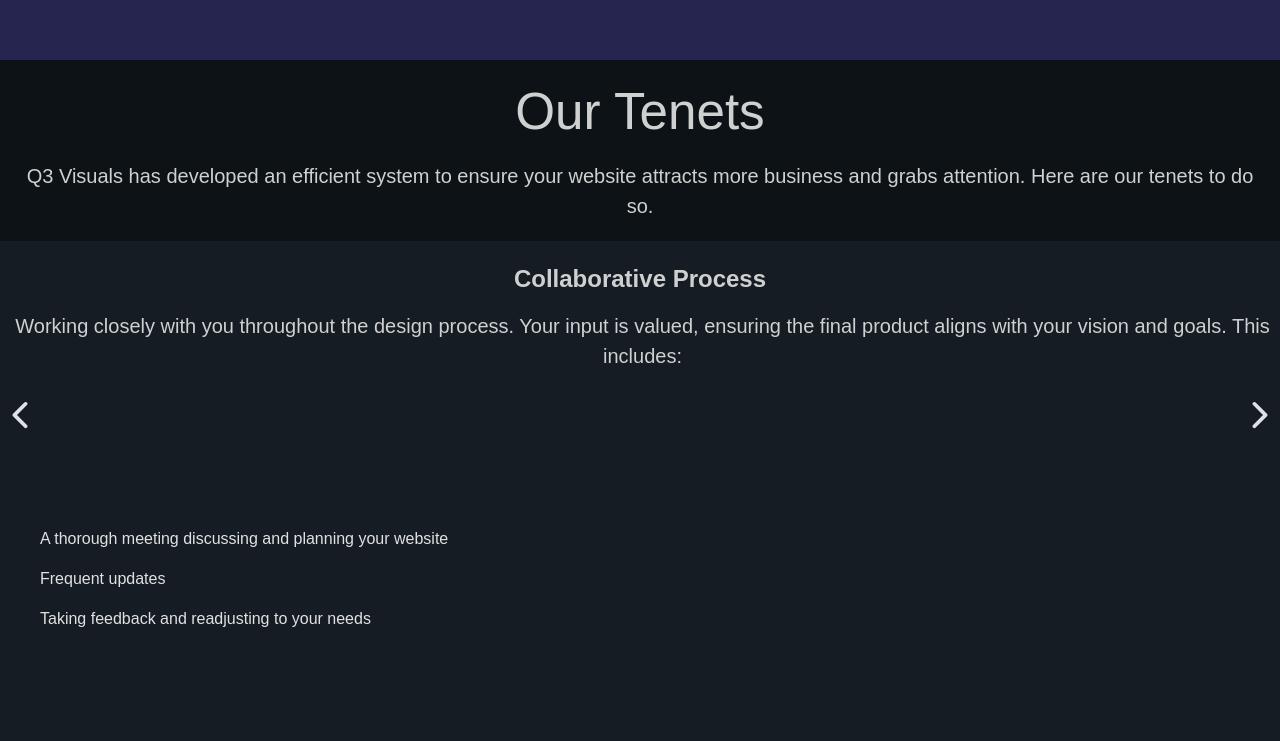
Repository: TMuse333/quantumDesigns
Page: /process
An editor plug-in stored every save of this project. The page is shown before and after the next save, followed by the edit.
The browser window is 1280 px wide. The pictures show the whole page.
The project was rebuilt for these pictures with package versions that can differ from the ones it lists, and the page was loaded fresh each time. Also part of the build but not shown: vite.config.js, src/styles/herobanner.css, src/components/Herobanner.jsx, src/components/intro.jsx, src/styles/tenets.css, src/components/tenets.jsx, src/styles/work.css, src/components/work.jsx and 6 more.

Above is the page before, as saved 2023-12-16 19:39:30.

### index.html
<!doctype html>
<html lang="en">
  <head>
    <meta charset="UTF-8" />
    <link rel="icon" type="image/svg+xml" href="/vite.svg" />
    <link rel="preconnect" href="https://fonts.googleapis.com">
<link rel="preconnect" href="https://fonts.gstatic.com" crossorigin>
<link href="https://fonts.googleapis.com/css2?family=Noto+Sans+Linear+A&display=swap" rel="stylesheet" integrity="your-integrity-value" crossorigin="anonymous">

<link rel="preconnect" href="https://fonts.googleapis.com">
<link rel="preconnect" href="https://fonts.gstatic.com" crossorigin>
<link href="https://fonts.googleapis.com/css2?family=Noto+Sans+Linear+A&family=Open+Sans:ital@1&display=swap" rel="stylesheet">
<link rel="stylesheet" href="https://fonts.googleapis.com/css2?family=Roboto:wght@400;700&display=swap">


    <meta name="viewport" content="width=device-width, initial-scale=1.0" />
    <title>Vite + React</title>
  </head>
  <body>
    <div id="root"></div>
    <script type="module" src="/src/main.jsx"></script>
  </body>
</html>

### src/main.jsx
import './index.css'
import * as React from 'react';
import { StrictMode } from 'react';
import { createRoot } from 'react-dom/client';
import { BrowserRouter } from 'react-router-dom';

import App from './App';

const rootElement = document.getElementById('root');
const root = createRoot(rootElement);

root.render(
  <StrictMode>
    <BrowserRouter>
      <App />
    </BrowserRouter>
  </StrictMode>
);

### src/index.css
:root {
  font-family: Inter, system-ui, Avenir, Helvetica, Arial, sans-serif;
  line-height: 1.5;
  font-weight: 400;

  color-scheme: light dark;
  color: rgba(255, 255, 255, 0.87);
  background-color: #242424;

  font-synthesis: none;
  text-rendering: optimizeLegibility;
  -webkit-font-smoothing: antialiased;
  -moz-osx-font-smoothing: grayscale;
}

html{
  overflow-x: hidden;
}

a {
  font-weight: 500;
  color: #646cff;
  text-decoration: inherit;
}
a:hover {
  color: #535bf2;
}

body {
  margin: 0;
  padding:0;
  display: flex;
  place-items: center;
  min-width: 100vw;
  min-height: 100vh;
  overflow-x: hidden;
}

h1 {
  font-size: 3.2em;
  line-height: 1.1;
}

button {
  border-radius: 8px;
  border: 1px solid transparent;
  padding: 0.6em 1.2em;
  font-size: 1em;
  font-weight: 500;
  font-family: inherit;
  background-color: #1a1a1a;
  cursor: pointer;
  transition: border-color 0.25s;
}
button:hover {
  border-color: #646cff;
}
button:focus,
button:focus-visible {
  outline: 4px auto -webkit-focus-ring-color;
}

### src/App.jsx
import { useState } from 'react'
import { Link } from 'react-router-dom'



import './App.css'
import Navbar from './components/navbar'
import Layout from './components/layout'
import Testimonials from "./components/testimonials";
import {
  BrowserRouter as Router,

  Route, Routes

} from "react-router-dom";
import Process from './components/process'

function App() {
  const [count, setCount] = useState(0)

  return (
    <>

    <Routes>

      <Route path='/'
      element={<Layout/>}
      />

      <Route path='process' element={<Process/>}>

      </Route>


    </Routes>




     </>
  )
}

export default App

### src/App.css
#root {
  max-width: 1280px;
  margin: 0 auto;

  text-align: center;
}

:root{
  /* --primary-color:rgb(5, 23, 111); */
  --tag-color:rgb(10, 9, 17);
  --primary-color:rgb(13, 18, 22);
}

.layout{
  width:100vw;
  margin-top: -5rem;
  position: absolute;
  left:0;
  top:120px;
  background-color: var( --primary-color);
  /* overflow-x: hidden; */

}

.before-title-text{
 font-weight: bold;
 margin-bottom: -0.5rem;
}

.bold-700{
  font-weight: 700;
}

.title-text{
  width:100vw;
  font-weight: 350;
  /* font-size: 35px; */
  margin-bottom: 0.1rem;

  margin-bottom: 1rem;
  font-family: 'spartan',sans-serif;
  color:#cfd0d0;

}

.description-text{
  padding: 0 15px 0 15px;
    font-family: 'Palatino Sans', 'Palatino Sans Informal', 'Palatino Sans Text', 'Palatino Sans W1G', 'Palatino Sans W01', sans-serif;
font-weight: 300;
font-size: 20px;
color:#cfd0d0

}

.button {
  display: inline-block;
  padding: 12px 24px;
  font-size: 16px;
  font-weight: bold;
  text-align: center;
  text-decoration: none;
  cursor: pointer;
  border: 2px solid #00bfff; /* Quantum blue color */
  color: #00bfff;
  background-color: transparent;
  border-radius: 8px;
  transition: background-color 0.3s ease, color 0.3s ease;
  width:max-content;
  margin-left: auto;
  margin-right: auto;
  margin-bottom: 3rem;
}

.button:hover {
  background-color: #00bfff; /* Quantum blue color on hover */
  color: #fff; /* White text on hover */
}

### src/components/navbar.jsx
import React, { useState,useEffect } from 'react';
// import { FaArrowLeft, FaArrowRight } from 'react-icons/fa';
import { Link } from 'react-router-dom';
import '../styles/navbar.css'
import q2 from '../images/q3-visuals-logo-2.svg'



const Navbar = () => {
  const [subMenuVisible, setSubMenuVisible] = useState(false);
  const [isMobile, setIsMobile] = useState(true)

  const toggleSubMenu = () => {
    console.log("clicked")
    setSubMenuVisible(!subMenuVisible);
  };

  const scrollToSection = (sectionId) => {

    const element = document.getElementById(sectionId);
    if (element) {

      element.scrollIntoView({
        behavior: 'smooth', // Smooth scrolling
        block: 'start',    // Scroll to the top of the element
      });
    }
  }

  useEffect(() => {
    // Function to update sub-menu visibility when the screen width changes
    const handleResize = () => {
      const screenWidth = window.innerWidth;
      setIsMobile(!(screenWidth >= 415)); // Set subMenuVisible to true if screen width is at least 415 pixels
    };

    // Add a resize event listener to update the sub-menu visibility
    window.addEventListener('resize', handleResize);

    // Initial call to set sub-menu visibility based on current screen width
    handleResize();

    // Clean up the event listener when the component unmounts
    return () => {
      window.removeEventListener('resize', handleResize);
    };
  }, []);

  const style = {

    height: subMenuVisible && isMobile? '170px' :!isMobile ? '0px' :'0px',
    overflow:  'hidden',
  // opacity: subMenuVisible || !isMobile ? 1 : 1,
    transition:'height 0.3s ease-in-out',
    backgroundColor: 'rgb(48, 46, 99)',
    marginLeft: 'auto',
    marginRight:'auto',
    borderRadius:'5px',
    textAlign:'left',
    paddingLeft:'10px',



  };

  return (

    <div className='navbar-container'>

    <div className='navbar-logo'>
        <p className='navbar-logo'
      >Q3 Visuals</p>
      </div>


      <div className='list-container'>
        <button onClick={toggleSubMenu}
        // className='nav-button'
        className='mini-logo'

        >

       <img src={q2} style={{
        width:'30px'
       }}/>
        </button>
        <ul
        style={style}
         className='nav-list'
         >



          <li onClick={()=>scrollToSection('about')}>About </li>



          <li onClick={()=>scrollToSection('campaign')}>portfolio</li>


          <li onClick={()=>scrollToSection('skills')}>services</li>



          <li onClick={()=>scrollToSection('contact')}> Contact</li>

        </ul>
      </div>
       </div>

  );
};

export default Navbar;

### src/components/process.jsx
import React from "react";
import { useState } from "react";
import '../styles/process.css'
import { tenets } from "./skillDesc";
import { IoIosArrowBack, IoIosArrowForward } from 'react-icons/io';
import { motion, AnimatePresence } from "framer-motion";
import Navbar from "./navbar";

const Process = () => {
    const [currentTenet, setCurrentTenet] = useState(0);

    const nextTenet = () => {
        setCurrentTenet((prevIndex) => (prevIndex + 1) % tenets.length);
    };

    const prevTenet = () => {
        setCurrentTenet((prevIndex) => (prevIndex - 1 + tenets.length) % tenets.length);
    };

    return (
        <div>

       <Navbar/>

        <div className="process-container">

            <h1 className="title-text">Our Tenets</h1>
            <p className="description-text">
                Q3 Visuals has developed an
                efficient system to ensure your website
                attracts more business and grabs attention.
                Here are our tenets to do so.
            </p>


            <div className="arrow-container">

                <div className="tenet">

                    <AnimatePresence>


                    <motion.h2 key={currentTenet}
                    initial={{ opacity: 0,x: -10 }}
                    animate={{ opacity: 1, x:0 }}
                     exit={{ opacity: 0 }}
                     className="title-text bold-700 tenet-title">{tenets[currentTenet].name}
                    </motion.h2>
                    </AnimatePresence>
                    <p className="description-text tenet-desc">{tenets[currentTenet].description}</p>
                    <ul className="points">
                {tenets[currentTenet].points.map((point, index) => (
                    <li key={index}>{point}</li>
                ))}
            </ul>
                </div>
                <IoIosArrowForward className="arrow arrow-right" onClick={nextTenet} />
                <IoIosArrowBack className="arrow arrow-left" onClick={prevTenet} />
            </div>
        </div>
        </div>
    );
};

export default Process;

### src/styles/navbar.css
/* Add this to your navbar.css file */

.navbar-container{


 position: fixed;
  width: 100vw;

  top: 0px;
  left:0px;
  background-color:rgb(38, 37, 79);
  height: 60px;
z-index: 10;



}

.list-container {
 color:white;
 transform: translateY(-2.5rem);
 width:min-content;
 margin-left: auto;




}

.list-container li{
  list-style-type: none;
  /* transform: translateX(-25%); */
  padding:10px;

  /* margin-top: -2rem; */

}

.mini-logo {
  display: flex;
  justify-content: center;
  align-items: center;
  margin-top: -1.5rem;
  height: 2rem;
  width: 2rem; /* Set the width and height to make it a perfect circle */
  padding: 0; /* Remove padding */
  border-radius: 50%; /* Make it circular */
  margin-left: auto;
  margin-right: auto;


}

.navbar-logo{
  color:white;
  text-align: left;
  margin-left: 1rem;
  font-family: 'Nunito', sans-serif;
  font-size: 25px;
  margin-top: 0.75rem;

}

.nav-button::before,
.nav-button::after {
  content: '';
  position: absolute;
  background-color: #d15959; /* Set the color of the lines */
  height: 2px; /* Set the height of the lines */
  width: 10%; /* Set the width of the lines */
}

.nav-button::before {
  top: 5%;
}

.nav-button::after {
  top: 8%;
}



@media screen and (min-width: 760px) and (min-height: 415px) {
  .nav-list {
    display: flex;
    width:100vw;
    justify-content: space-between;
    padding:0;
    margin-top: -3rem;

    /* background-color: ; */
  }

  .nav-button{
    display: none;
  }

  .navbar-logo{
    display: none;
  }
}

### src/styles/testimonial.css
.testimonial-container{
    width:100vw;
    background-color: var(--primary-color);
 padding-bottom: 4rem;
 margin-top: -2rem;
    position: relative;

    /* border: 2px solid white; */
}

.testimonial {
    background-color: black;
    padding-left: 1rem;
    text-align: left;
    padding-bottom: 40px;
    width:80vw;
   display: flex;
   flex-direction: column;
   margin-left: auto;
   margin-right: auto;

}

.quote{

    font-weight: bold;
    font-size: 30px;
}

.effect{
    font-weight: 500;
    font-family: 'spartan',sans-serif;
    font-size: 20px;
}

.author {
    margin-top: 0rem;
    font-weight: bold;
    font-size:20px;
}

.title{
    margin-top: -1rem;
    font-size:20px;
}

.arrow-container{
    display: flex;
}

.arrow{
    position: absolute;
    top:50%;
    font-size: 40px;
}

.arrow-right{
    right:0;
}

.deliver{
    font-size: 30px;
}

### src/components/skillDesc.js
export const tenets = [
    {
        name: "Collaborative Process",
        description: "Working closely with you throughout the design process. Your input is valued, ensuring the final product aligns with your vision and goals."+
        " This includes:",
        points:[
            'A thorough meeting discussing and planning your website',
            'Frequent updates',
            'Taking feedback and readjusting to your needs'
        ]
    },
    {
        name: "Appealing Design",
        description: "Crafting visually captivating and one-of-a-kind designs that reflect the uniqueness of your brand. We prioritize creativity to make your website stand out.",
        points:[
            'Animations to enhance user experience while maintaining simplicity',
            'Emphasizing key words with bold font styles',
            'Infusing dynamic visuals and persuasive typography for get more business.'
        ]
    },

    {
        name: "Primal Human Instincts",
        description: "Q3 Visuals implements techniques based on fundamental aspects of human psychology "+
        'to give your website the highest probability of succeeding. This includes, but certainly not limited to:',
        points:[
            'Visual appeal: Humans are visually oriented beings',
            'Using persuasive typography to create a sense of urgency',
            'Using testimonials as social proof, as humans are drawn to be in groups',

        ]
    },
    {
        name: "3D Models",
        description: "Incorporating dynamic 3D models to enhance the visual appeal of your website. This adds a layer of interactivity and engages visitors in a unique and immersive experience.",
        points:[
            'A thorough meeting discussing and planning your website',
            'Frequent updates',
            'Taking feedback and readjusting to your needs'
        ]
    },

];


export const testimonials = [
    {
        quote: 'He exceeded our expectations!',
        effect: 'Quantum Designs transformed our vision into a stunning website. They are responsive, creative, and delivered beyond our expectations.',
        author: 'Jane Doe',
        title: 'Satisfied Client'
    },
    {
        quote: 'Innovative and highly skilled team!',
        effect: 'Working with Quantum Designs was a game-changer for our online presence. Their innovative approach and technical expertise are commendable.',
        author: 'John Smith',
        title: 'Tech Enthusiast'
    },
    {
        quote: 'Reliable and professional service!',
        effect: 'Quantum Designs provided a reliable and professional service. They were attentive to our needs and delivered a website that truly represents our brand.',
        author: 'Emily Johnson',
        title: 'Business Owner'
    },
];

### src/styles/process.css
.process-container{
    width:100vw;
    background-color: var(--primary-color);
    position:absolute;
    top:50px;
    left:0;

}

.points{
    position: relative;
      top:calc(50% + 20px)
}

.points li {
    list-style: none;
    margin-top: 1rem;
    text-align: left;
 font-family: 'spartan',sans-serif;
}

.tenet-title{
      position: absolute;
      top:0px;

}

.tenet-desc{
    position: absolute;
    top:50px;
    font-size: 1.25rem;
    padding-left:15px;
    padding-right: 10px;
}

.tenet{
   background-color: rgb(21, 28, 35);
   position: relative;
   height:500px;
   width:100vw
}

### src/styles/intro.css
.intro-container{
    width:100vw;
    display: flex;
    flex-direction: column;
    background-color: var(--primary-color);


}

.intro {
    width:100vw;
    font-weight: 350;
    font-size: 35px;
    margin-bottom: 0.1rem;
    margin-top: 1rem;

}

.bold-700{
    font-weight: 700;
}

.intro-end{
    margin-top: 0rem;
    padding:0 10px 0 10px;
    font-weight: 550;
    font-family: 'spartan',sans-serif;
    color:#cfd0d0;

}





.intro-container p{

}

After the next save:
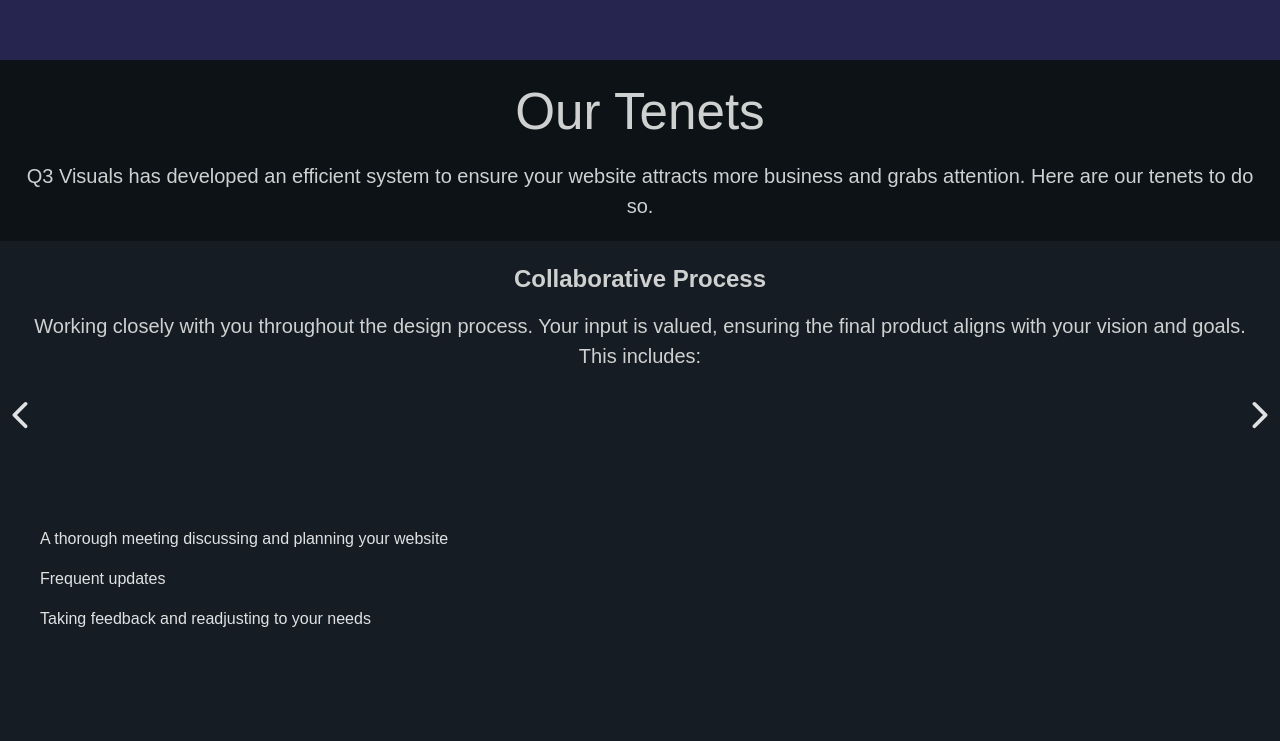
Saved 4 s later.
--- a/src/styles/process.css
+++ b/src/styles/process.css
@@ -30,7 +30,7 @@
     top:50px;
     font-size: 1.25rem;
     padding-left:15px;
-    padding-right: 10px;
+    padding-right: 15px;
 }
 
 .tenet{
